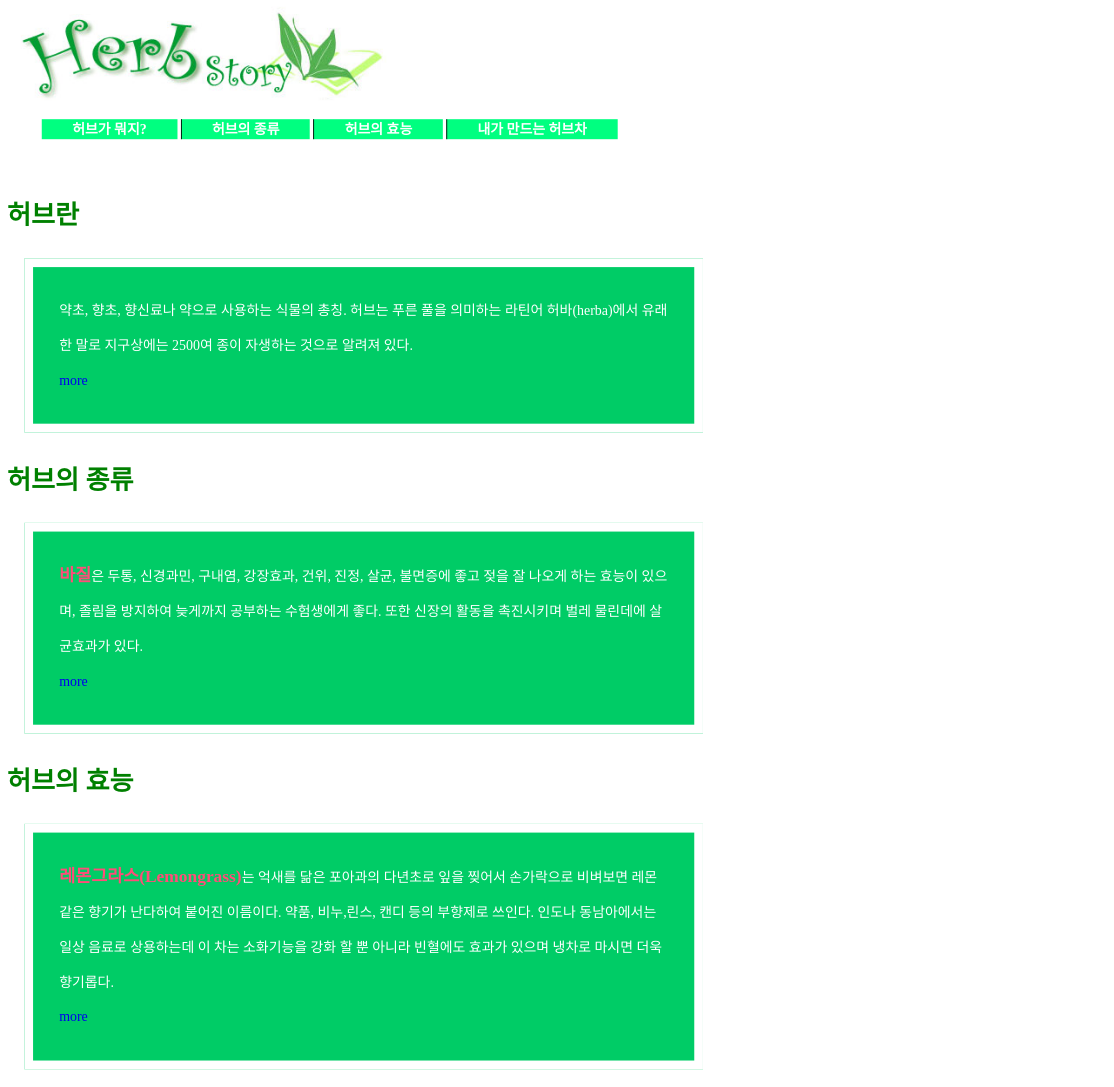
Repository: RyuJelly/java_web
Page: CSS/WebContent/exam2/menu.htm
These files come from the project's save history. The page is drawn as it stood at one moment and after the next save; the edit follows.
The browser window is 1280 px wide. The pictures show the whole page, at 87% of full size.

Above is the page before, as saved 2021-03-08 01:12:52.

### CSS/WebContent/exam2/menu.htm
<!DOCTYPE HTML PUBLIC "-//W3C//DTD HTML 4.01//EN" "http://www.w3.org/TR/html4/strict.dtd">
<html>
<head>
<meta http-equiv="Content-Type" content="text/html; charset=UTF-8">
<title>Herb Story</title>
<style type="text/css">
	#pipe li{
		display: inline;
		background-color: #00ff80;
		border-left: 1px solid #000;
		padding: 3px 15px;
	}
	#pipe li.first{
		border-left: none;
	}

	#pipe a{
		padding: 20px;
		text-decoration: none;
		color: white;
		font-weight: bold;
	}
	h3{
		font-size: 30px;
		color: green;
	}
	p.box{
		width: 700px;
		background-color: #00cc66;
		color: white;
		line-height: 40px;
		border: 10px solid;
		margin: 20px;
		padding: 30px;
	}
	.box > strong {
		font-size: 20px;
		color: #ff4d79;
	}
	.more > a{
		text-align: right;
		text-decoration: none;
	}


</style>
</head>
<body>
<a href="index_hor6.htm"><img src="images/herblogo.jpg" border="0"></a>
 <ul id="pipe">
  <li class="first"><a href="#">허브가 뭐지?</a></li>
  <li><a href="#">허브의 종류</a></li>
  <li><a href="#">허브의 효능</a></li>
  <li><a href="#">내가 만드는 허브차</a></li>
 </ul>
<br>
<h3>허브란</h3>
<p class="box">약초, 향초, 향신료나 약으로 사용하는 식물의 총칭. 허브는 푸른 풀을 의미하는 라틴어 허바(herba)에서 유래한 말로 지구상에는 2500여 종이 자생하는 것으로 알려져 있다.<br>
<span class="more"><a href="#">more</a></span></p>
<h3>허브의 종류</h3>
<p class="box"><strong>바질</strong>은 두통, 신경과민, 구내염, 강장효과, 건위, 진정, 살균, 불면증에 좋고 젖을 잘 나오게 하는 효능이 있으며, 졸림을 방지하여 늦게까지 공부하는 수험생에게 좋다. 또한 신장의 활동을 촉진시키며 벌레 물린데에 살균효과가 있다.<br><span class="more"><a href="#">more</a></span></p>
<h3>허브의 효능</h3>
<p class="box"><strong>레몬그라스(Lemongrass)</strong>는 억새를 닮은 포아과의 다년초로 잎을 찢어서 손가락으로 비벼보면 레몬같은 향기가 난다하여 붙어진 이름이다. 약품, 비누,린스, 캔디 등의 부향제로 쓰인다. 인도나 동남아에서는 일상 음료로 상용하는데 이 차는 소화기능을 강화 할 뿐 아니라 빈혈에도 효과가 있으며 냉차로 마시면 더욱 향기롭다.<br> <span class="more"><a href="#">more</a></span></p>
</body>
</html>

After the next save:
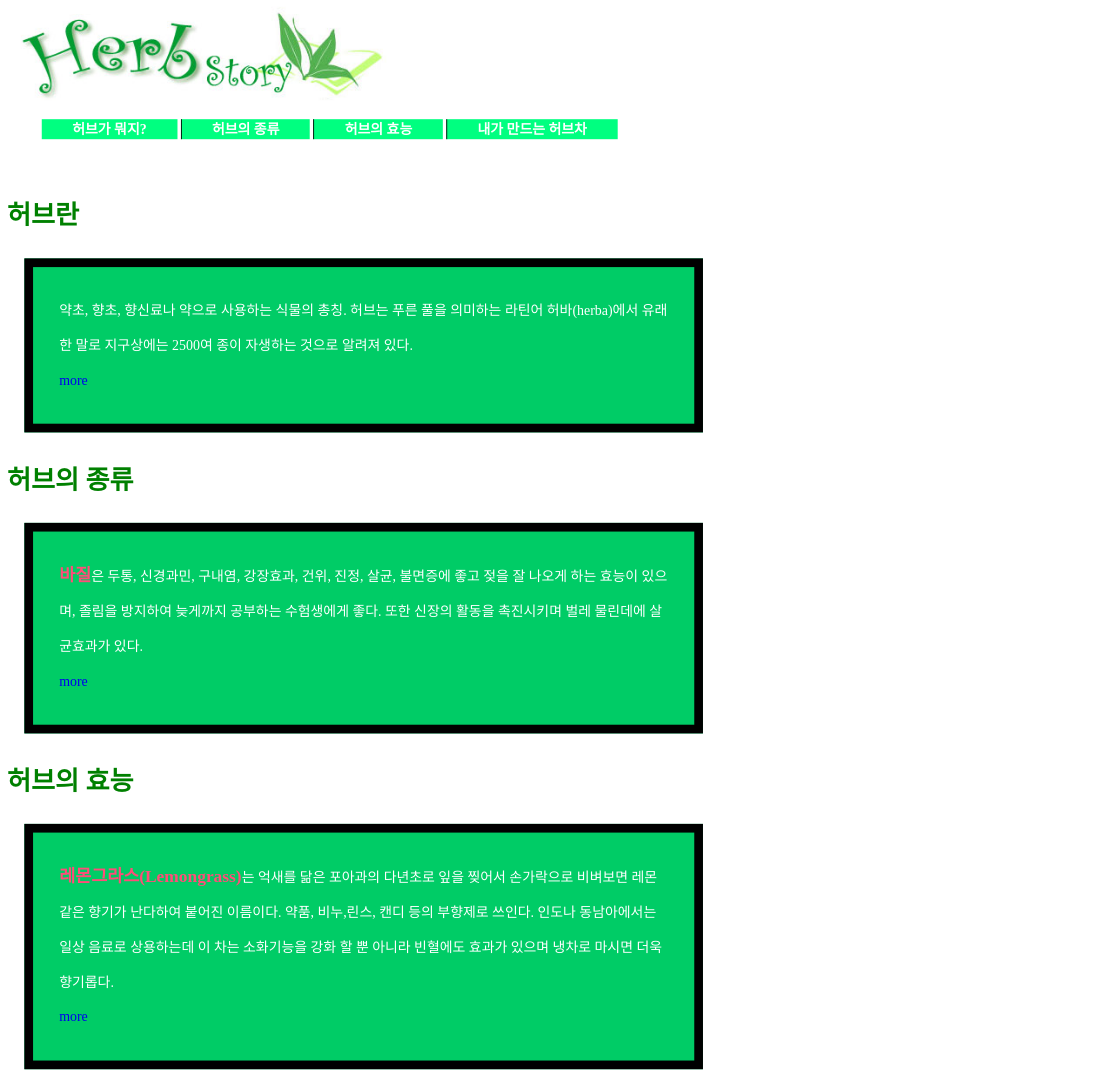
Saved 77 s later.
--- a/CSS/WebContent/exam2/menu.htm
+++ b/CSS/WebContent/exam2/menu.htm
@@ -30,6 +30,7 @@
 		color: white;
 		line-height: 40px;
 		border: 10px solid;
+		border-color: black;
 		margin: 20px;
 		padding: 30px;
 	}
